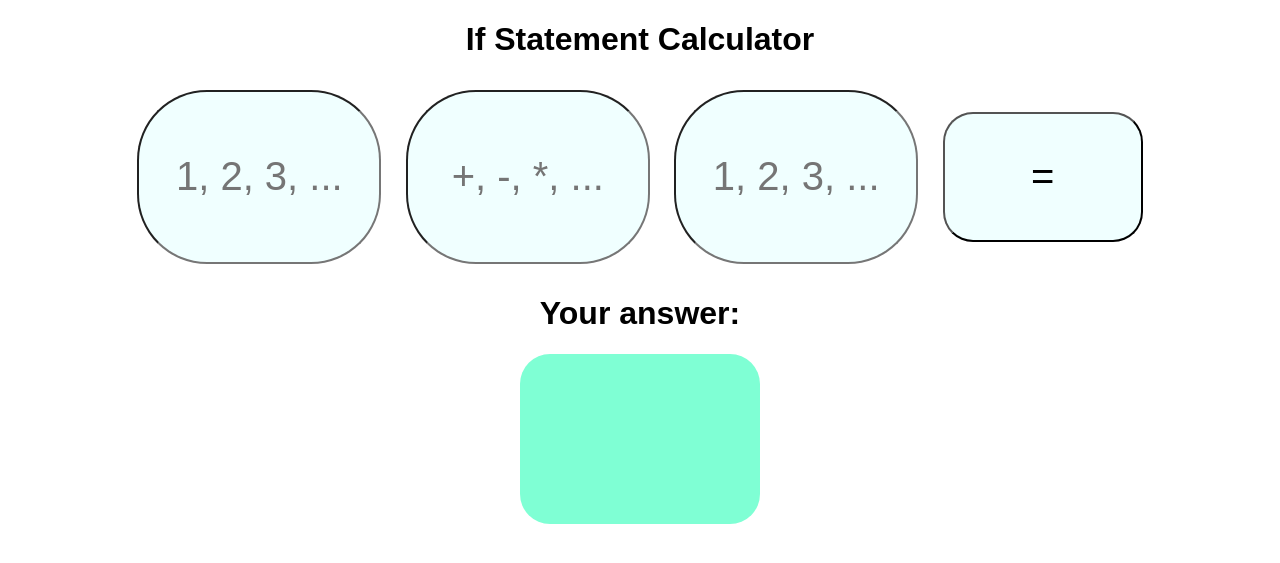
Repository: WesleyErasmus/threeInputCalculator
Page: html/if-calculator.html
An editor plug-in stored every save of this project. The page is shown before and after the next save, followed by the edit.
The browser window is 1280 px wide. The pictures show the whole page.

Above is the page before, as saved 2022-04-27 22:22:55.

After the next save:
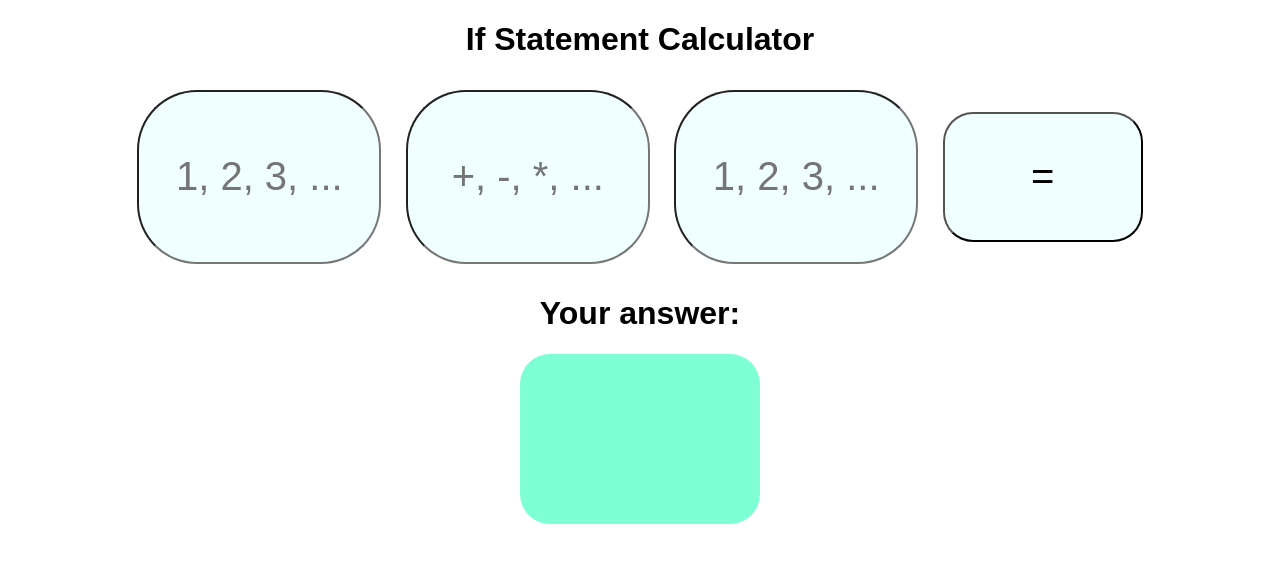
Saved 7 s later.
--- a/css/stylesheet.css
+++ b/css/stylesheet.css
@@ -13,7 +13,7 @@ input {
     margin: 10px;
     text-align: center;
     font-size: 40px;
-    border-radius: 70px;
+    border-radius: 60px;
 }
 button {
     background-color: azure;
